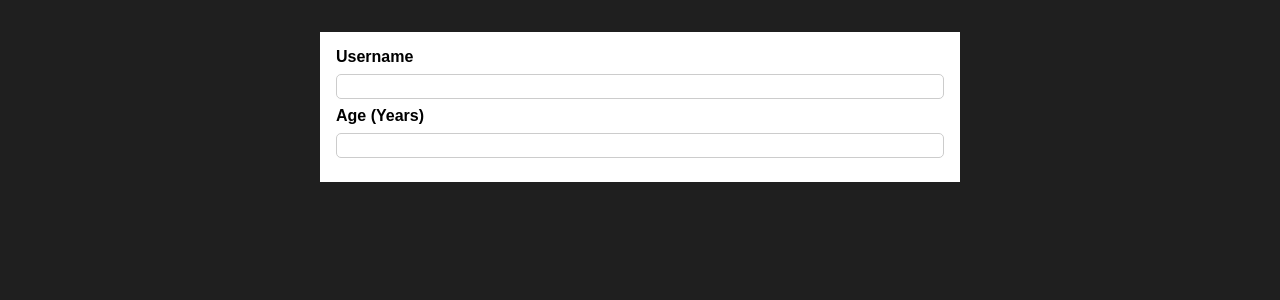
Repository: Samkiroko/react_project_2
Page: /
An editor plug-in stored every save of this project. The page is shown before and after the next save, followed by the edit.
The browser window is 1280 px wide. The pictures show the whole page.
The project was rebuilt for these pictures with package versions that can differ from the ones it lists, and the page was loaded fresh each time.

Above is the page before, as saved 2021-06-22 16:05:29.

### src/index.css
* {
    box-sizing: border-box;
}

html {
    font-family: sans-serif;
    background-color: #1f1f1f;
}

body {
    margin: 0;
}

### src/App.js
import React from 'react'
import AddUser from './components/Users/AddUser'

function App() {
  return (
    <div>
      <AddUser />
    </div>
  )
}

export default App

### src/components/Users/AddUser.js
import React from 'react'

import Card from '../UI/Card'
// import Button from '../UI/Button'
import classes from './AddUser.module.css'

const AddUser = (props) => {
  const addUserHandler = (event) => {
    event.preventDefault()
  }

  return (
    <Card className={classes.input}>
      <form onSubmit={addUserHandler}>
        <label htmlFor='username'>Username</label>
        <input id='username' type='text' />
        <label htmlFor='age'>Age (Years)</label>
        <input id='age' type='number' />
        {/* <Button type='submit'>Add User</Button> */}
      </form>
    </Card>
  )
}

export default AddUser

### src/components/UI/Card.js
import React from 'react'
import classes from './Card.module.css'
const Card = (props) => {
  return <div className={`${classes.card} ${props.className} `}>{props.children}</div>
}

export default Card

### src/components/Users/AddUser.module.css
.input {
    margin: 2rem auto;
    padding: 1rem;
    width: 90%;
    max-width: 40rem;
}

.input label {
    display: block;
    font-weight: bold;
    margin-bottom: 0.5rem;
}

.input input {
    font: inherit;
    display: block;
    width: 100%;
    border: 1px solid #ccc;
    padding: 0.15rem;
    margin-bottom: 0.5rem;
    border-radius: 5px;
}

.input input:focus {
    outline: none;
    border-color: #4f005f;
}

### src/components/UI/Card.module.css
.card {
    background: white;
    box-shadow: 0 2px 8 px rgba(0, 0, 0, 0.26);
}

Loaded but not shown: public/index.html (common file); src/index.js (common file)

After the next save:
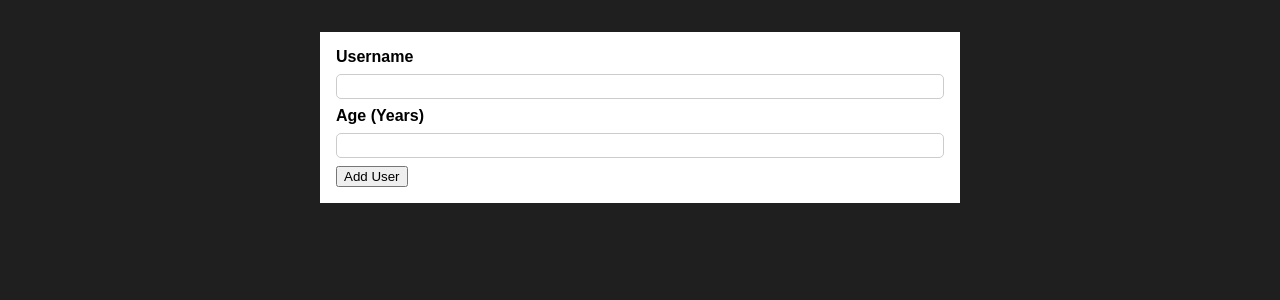
Saved 12 s later.
--- a/src/components/Users/AddUser.js
+++ b/src/components/Users/AddUser.js
@@ -1,22 +1,19 @@
 import React from 'react'
-
 import Card from '../UI/Card'
-// import Button from '../UI/Button'
 import classes from './AddUser.module.css'
 
 const AddUser = (props) => {
   const addUserHandler = (event) => {
     event.preventDefault()
   }
-
   return (
     <Card className={classes.input}>
       <form onSubmit={addUserHandler}>
         <label htmlFor='username'>Username</label>
         <input id='username' type='text' />
-        <label htmlFor='age'>Age (Years)</label>
+        <label htmlFor='username'>Age (Years)</label>
         <input id='age' type='number' />
-        {/* <Button type='submit'>Add User</Button> */}
+        <button type='submit'>Add User</button>
       </form>
     </Card>
   )
